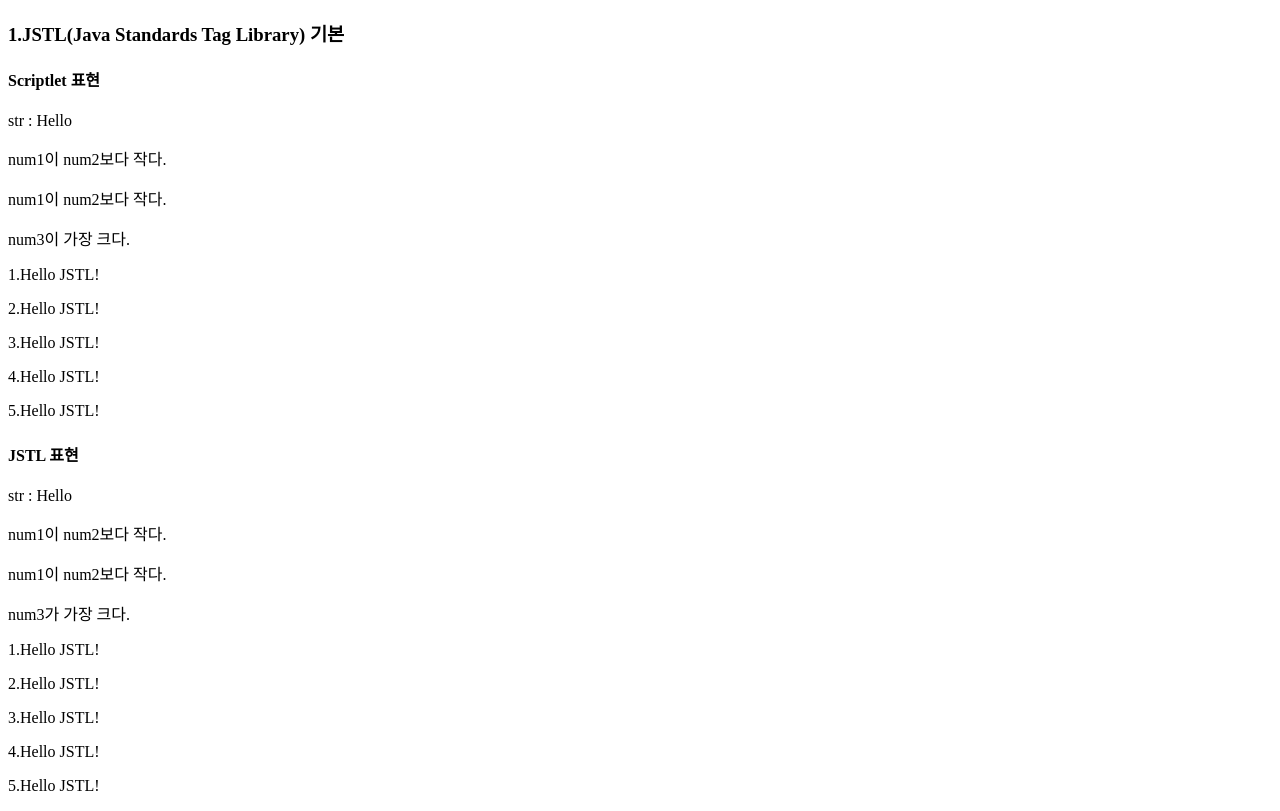
Repository: donghobu/JSP
Page: http://localhost/Ch12/12-1.jsp
The author's editor kept a copy of each file at every save. The page is drawn from the files as they stood at one save, then again after a run of saves.
The browser window is 1280 px wide. The pictures show the whole page.
The page is served by Tomcat 9.

Above is the page before, as saved 2020-07-13 02:43:42.

After the next 3 saves:
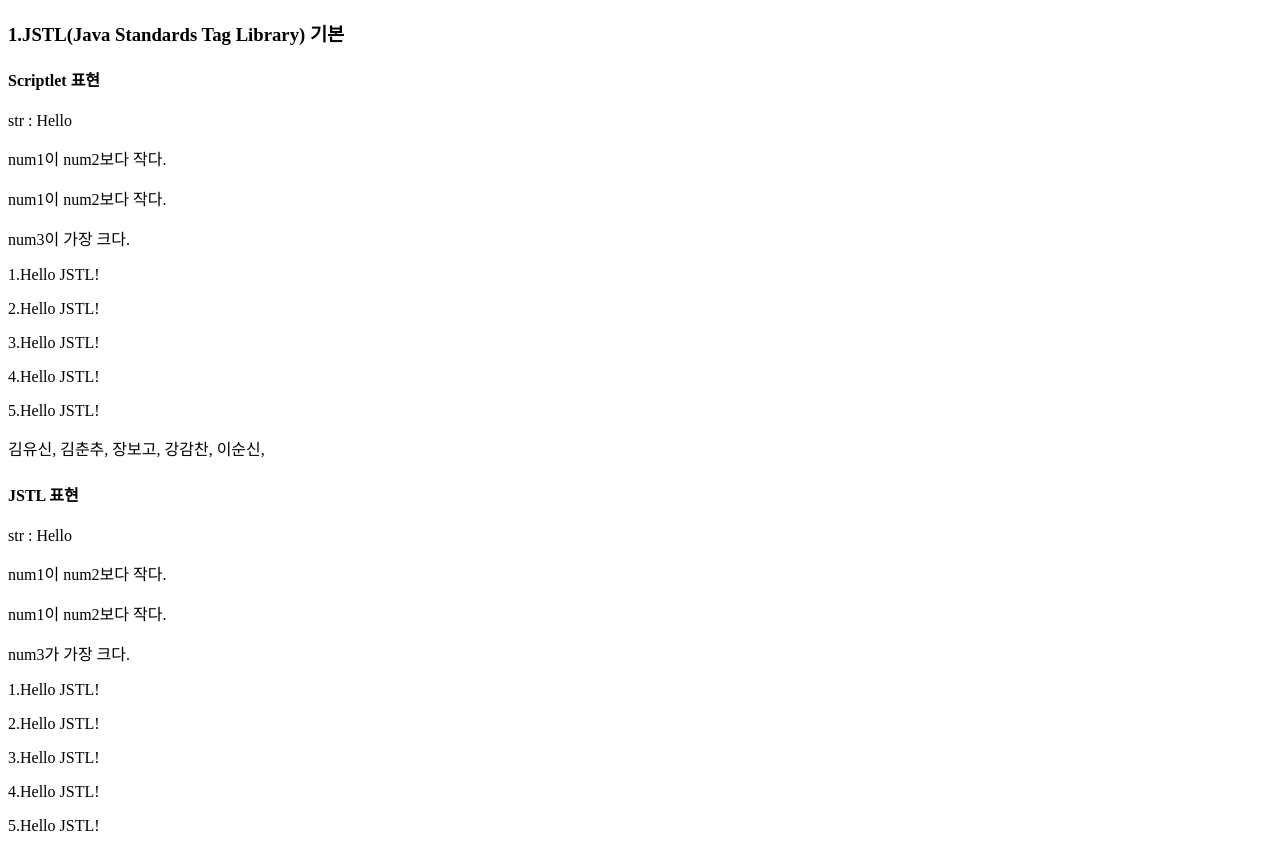
The 3 saves are shown as one change because 1 did not build or start and some came seconds apart.
The last was saved 57 s later.
--- a/Ch12/WebContent/12-1.jsp
+++ b/Ch12/WebContent/12-1.jsp
@@ -40,7 +40,11 @@
 			out.println("<p>"+i+".Hello JSTL!</p>");
 		}
 
-		String[] person= {"김유신", "김춘추", "장보고", "강감찬", "이순신"};
+		String[] people = {"김유신", "김춘추", "장보고", "강감찬", "이순신"};
+
+		for(String person : people){
+			out.print(person+", ");
+		}
 	%>
 
 	<h4>JSTL 표현</h4>
